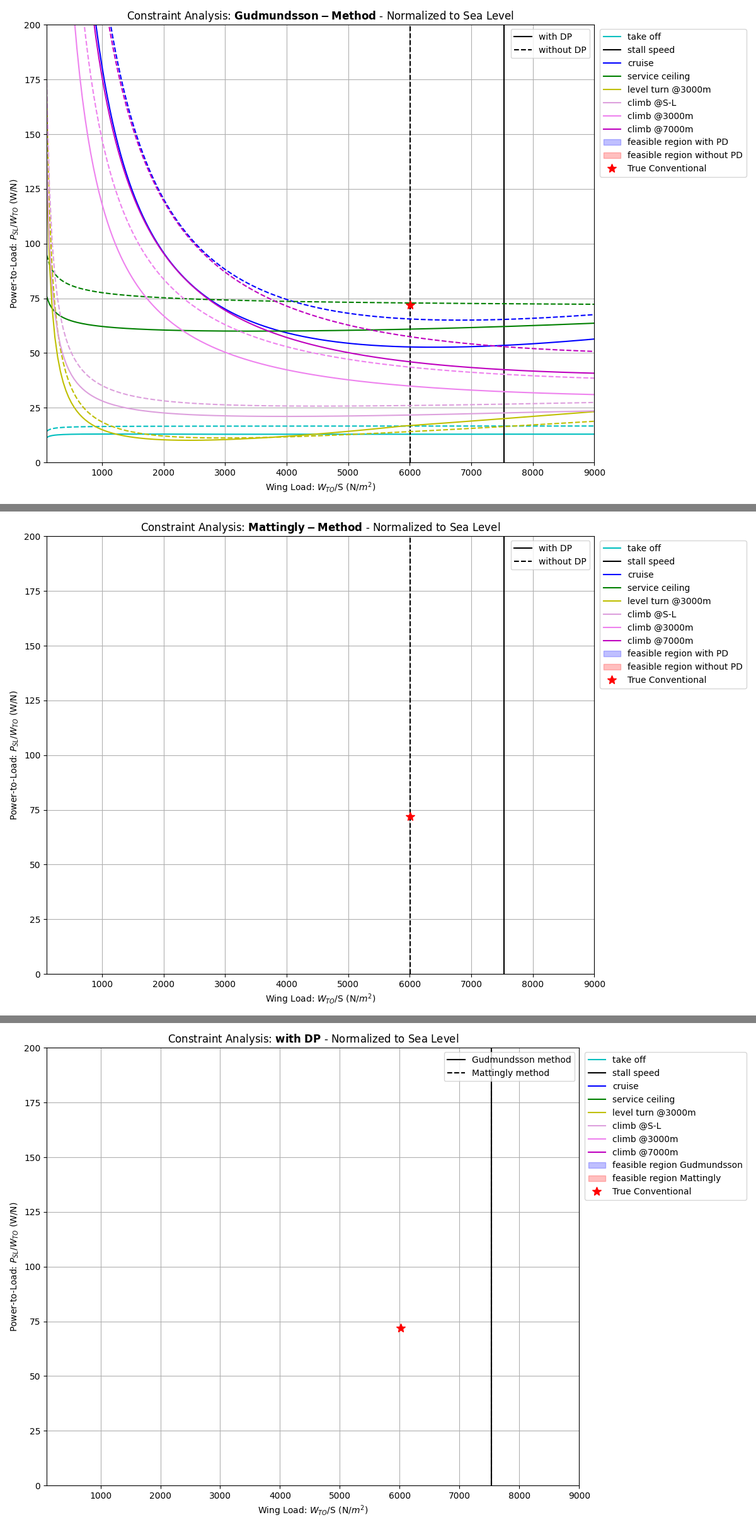
Repository: 12libao/DEA
Script's output: python Sizing_Method/ConstrainsAnalysis/ConstrainsAnalysisPD.py
These files come from the project's save history. The script's output is drawn as it stood at one moment and after the next save; the edit follows.
The pictures are shown at 63% of full size.
Each picture stacks the figures in order, with grey between them; figures that are only written to a file come last. Random numbers start from a fixed seed.

Above is the script's output before, as saved 2021-07-14 16:03:41.

### Sizing_Method/ConstrainsAnalysis/ConstrainsAnalysisPD.py
# author: Bao Li #
# Georgia Institute of Technology #
import sys
import os

sys.path.insert(0, os.getcwd())

import numpy as np
import matplotlib.pylab as plt
import Sizing_Method.Other.US_Standard_Atmosphere_1976 as atm
import Sizing_Method.Aerodynamics.ThrustLapse as thrust_lapse
import Sizing_Method.Aerodynamics.Aerodynamics as ad
import Sizing_Method.ConstrainsAnalysis.ConstrainsAnalysis as ca
from scipy.optimize import curve_fit

"""
The unit use is IS standard
"""
class ConstrainsAnalysis_Mattingly_Method_with_DP:
    """This is a power-based master constraints analysis"""

    def __init__(self, altitude, velocity, beta, wing_load, Hp=0.2, number_of_motor=12, C_DR=0):
        """

        :param beta: weight fraction
        :param Hp: P_motor/P_total
        :param n: number of motor
        :param K1: drag polar coefficient for 2nd order term
        :param K2: drag polar coefficient for 1st order term
        :param C_D0: the drag coefficient at zero lift
        :param C_DR: additional drag caused, for example, by external stores,
        braking parachutes or flaps, or temporary external hardware

        :return:
            power load: P_WTO
        """

        self.h = altitude
        self.v = velocity
        self.rho = atm.atmosphere(geometric_altitude=self.h).density()

        self.beta = beta
        self.hp = Hp
        self.n = number_of_motor

        # power lapse ratio
        self.alpha = thrust_lapse.thrust_lapse_calculation(altitude=self.h,
                                                           velocity=self.v).high_bypass_ratio_turbofan()

        self.k1 = ad.aerodynamics_without_pd(self.h, self.v).K1()
        self.k2 = ad.aerodynamics_without_pd(self.h, self.v).K2()
        self.cd0 = ad.aerodynamics_without_pd(self.h, self.v).CD_0()
        self.cdr = C_DR

        self.w_s = wing_load
        self.g0 = 9.80665

        self.coefficient = (1 - self.hp) * self.beta * self.v / self.alpha

        # Estimation of ΔCL and ΔCD
        pd = ad.aerodynamics_with_pd(self.h, self.v, Hp=self.hp, n=self.n, W_S=self.w_s)
        self.q = 0.5 * self.rho * self.v ** 2
        self.cl = self.beta * self.w_s / self.q
        # print(self.cl)
        self.delta_cl = pd.delta_lift_coefficient(self.cl)
        self.delta_cd0 = pd.delta_CD_0()

    def master_equation(self, n, dh_dt, dV_dt):
        cl = self.cl * n + self.delta_cl

        cd = self.k1 * cl ** 2 + self.k2 * cl + self.cd0 + self.cdr + self.delta_cd0
        p_w = self.coefficient * (self.q / (self.beta * self.w_s) * cd + dh_dt / self.v + dV_dt / self.g0)
        return p_w

    def cruise(self):
        p_w = ConstrainsAnalysis_Mattingly_Method_with_DP.master_equation(self, n=1, dh_dt=0, dV_dt=0)
        return p_w

    def climb(self, roc):
        p_w = ConstrainsAnalysis_Mattingly_Method_with_DP.master_equation(self, n=1, dh_dt=roc, dV_dt=0)
        return p_w

    def level_turn(self, turn_rate=3, v=100):
        """
        assume 2 min for 360 degree turn, which is 3 degree/seconds
        assume turn at 300 knots, which is about 150 m/s
        """
        load_factor = (1 + ((turn_rate * np.pi / 180) * v / self.g0) ** 2) ** 0.5
        p_w = ConstrainsAnalysis_Mattingly_Method_with_DP.master_equation(self, n=load_factor, dh_dt=0, dV_dt=0)
        return p_w

    def take_off(self):
        """
        A320neo take-off speed is about 150 knots, which is about 75 m/s
        required runway length is about 2000 m
        K_TO is a constant greater than one set to 1.2 (generally specified by appropriate flying regulations)
        """
        Cl_max_to = 2.3  # 2.3
        K_TO = 1.2  # V_TO / V_stall
        s_G = 1266
        p_w = 2 / 3 * self.coefficient / self.v * self.beta * K_TO ** 2 / (
                    s_G * self.rho * self.g0 * Cl_max_to) * self.w_s ** (
                      3 / 2)
        return p_w

    def stall_speed(self, V_stall_to=65, Cl_max_to=2.32):
        V_stall_ld = 62
        Cl_max_ld = 2.87

        a = 10
        w_s = 6000
        while a >= 1:
            cl = self.beta * w_s / self.q
            delta_cl = ad.aerodynamics_with_pd(self.h, self.v, Hp=self.hp, n=self.n, W_S=w_s).delta_lift_coefficient(cl)

            W_S_1 = 1 / 2 * self.rho * V_stall_to ** 2 * (Cl_max_to + delta_cl)
            W_S_2 = 1 / 2 * self.rho * V_stall_ld ** 2 * (Cl_max_ld + delta_cl)
            W_S = min(W_S_1, W_S_2)
            a = abs(w_s-W_S)
            w_s = W_S

        return W_S

    def service_ceiling(self, roc=0.5):
        p_w = ConstrainsAnalysis_Mattingly_Method_with_DP.master_equation(self, n=1, dh_dt=roc, dV_dt=0)
        return p_w

    allFuncs = [take_off, stall_speed, cruise, service_ceiling, level_turn, climb]


class ConstrainsAnalysis_Gudmundsson_Method_with_DP:
    """This is a power-based master constraints analysis based on Gudmundsson_method"""

    def __init__(self, altitude, velocity, beta, wing_load, Hp=0.2, number_of_motor=12, e=0.75, AR=10.3):
        """

        :param tau: power fraction of i_th power path
        :param beta: weight fraction
        :param e: wing planform efficiency factor is between 0.75 and 0.85, no more than 1
        :param AR: wing aspect ratio, normally between 7 and 10

        :return:
            power load: P_WTO
        """

        self.h = altitude
        self.v = velocity
        self.beta = beta
        self.w_s = wing_load
        self.g0 = 9.80665

        self.hp = Hp
        self.n = number_of_motor

        self.rho = atm.atmosphere(geometric_altitude=self.h).density()

        # power lapse ratio
        self.alpha = thrust_lapse.thrust_lapse_calculation(altitude=self.h,
                                                           velocity=self.v).high_bypass_ratio_turbofan()
        h = 2.43  # height of winglets
        b = 35.8
        ar_corr = AR * (1 + 1.9 * h / b)  # equation 9-88, If the wing has winglets the aspect ratio should be corrected
        self.k = 1 / (np.pi * ar_corr * e)
        self.coefficient = (1-self.hp) * self.beta * self.v / self.alpha

        # Estimation of ΔCL and ΔCD
        pd = ad.aerodynamics_with_pd(self.h, self.v, Hp=self.hp, n=self.n, W_S=self.w_s)
        self.q = 0.5 * self.rho * self.v ** 2
        cl = self.beta * self.w_s / self.q
        self.delta_cl = pd.delta_lift_coefficient(cl)
        self.delta_cd0 = pd.delta_CD_0()

        # TABLE 3-1 Typical Aerodynamic Characteristics of Selected Classes of Aircraft
        cd_min = 0.02
        cd_to = 0.03
        cl_to = 0.8

        self.v_to = 68
        self.s_g = 1480
        self.mu = 0.04

        self.cd_min = cd_min + self.delta_cd0
        self.cl = cl + self.delta_cl

        self.cd_to = cd_to + self.delta_cd0
        self.cl_to = cl_to + self.delta_cl

    def cruise(self):
        p_w = self.q / self.w_s * (self.cd_min + self.k * self.cl ** 2)
        return p_w * self.coefficient

    def climb(self, roc):
        p_w = roc / self.v + self.q * self.cd_min / self.w_s + self.k * self.cl
        return p_w * self.coefficient

    def level_turn(self, turn_rate=3, v=100):
        """
        assume 2 min for 360 degree turn, which is 3 degree/seconds
        assume turn at 100 m/s
        """
        load_factor = (1 + ((turn_rate * np.pi / 180) * v / self.g0) ** 2) ** 0.5
        q = 0.5 * self.rho * v ** 2
        p_w = q / self.w_s * (self.cd_min + self.k * (load_factor / q * self.w_s + self.delta_cl) ** 2)
        return p_w * self.coefficient

    def take_off(self):
        q = self.q / 2
        p_w = self.v_to ** 2 / (2 * self.g0 * self.s_g) + q * self.cd_to / self.w_s + self.mu * (
                1 - q * self.cl_to / self.w_s)
        return p_w * self.coefficient

    def service_ceiling(self, roc=0.5):
        vy = (2 / self.rho * self.w_s * (self.k / (3 * self.cd_min)) ** 0.5) ** 0.5
        q = 0.5 * self.rho * vy ** 2
        p_w = roc / vy + q / self.w_s * (self.cd_min + self.k * (self.w_s / q + self.delta_cl) ** 2)
        # p_w = roc / (2 / self.rho * self.w_s * (self.k / (3 * self.cd_min)) ** 0.5) ** 0.5 + 4 * (
        #         self.k * self.cd_min / 3) ** 0.5
        return p_w * self.coefficient

    def stall_speed(self, V_stall_to=65, Cl_max_to=2.32):
        V_stall_ld = 62
        Cl_max_ld = 2.87

        a = 10
        w_s = 6000
        while a >= 1:
            cl = self.beta * w_s / self.q
            delta_cl = ad.aerodynamics_with_pd(
                self.h, self.v, Hp=self.hp, n=self.n, W_S=w_s).delta_lift_coefficient(cl)

            W_S_1 = 1 / 2 * self.rho * V_stall_to ** 2 * (Cl_max_to + delta_cl)
            W_S_2 = 1 / 2 * self.rho * V_stall_ld ** 2 * (Cl_max_ld + delta_cl)
            W_S = min(W_S_1, W_S_2)
            a = abs(w_s-W_S)
            w_s = W_S

        return W_S

    allFuncs = [take_off, stall_speed, cruise, service_ceiling, level_turn, climb]


if __name__ == "__main__":
    n = 200
    w_s = np.linspace(100, 9000, n)
    constrains_name = ['take off', 'stall speed', 'cruise', 'service ceiling', 'level turn @3000m',
                       'climb @S-L', 'climb @3000m', 'climb @7000m']
    constrains = np.array([[0, 68, 0.988], [0, 80, 1], [11300, 230, 0.948],
                           [11900, 230, 0.8], [3000, 100, 0.984], [0, 100, 0.984],
                           [3000, 200, 0.975], [7000, 230, 0.96]])
    color = ['c', 'k', 'b', 'g', 'y', 'plum', 'violet', 'm']
    label = ['feasible region with PD', 'feasible region with PD', 'feasible region Gudmundsson',
             'feasible region without PD', 'feasible region without PD', 'feasible region Mattingly']
    m = constrains.shape[0]
    p_w = np.zeros([2 * m, n])

    for k in range(3):
        plt.figure(figsize=(12, 8))
        for i in range(m):
            for j in range(n):
                h = constrains[i, 0]
                v = constrains[i, 1]
                beta = constrains[i, 2]

                if k == 0:
                    problem1 = ConstrainsAnalysis_Gudmundsson_Method_with_DP(h, v, beta, w_s[j])
                    problem2 = ca.ConstrainsAnalysis_Gudmundsson_Method(h, v, beta, w_s[j])
                    plt.title(r'Constraint Analysis: $\bf{Gudmundsson-Method}$ - Normalized to Sea Level')
                elif k == 1:
                    problem1 = ConstrainsAnalysis_Mattingly_Method_with_DP(h, v, beta, w_s[j])
                    problem2 = ca.ConstrainsAnalysis_Mattingly_Method(h, v, beta, w_s[j])
                    plt.title(r'Constraint Analysis: $\bf{Mattingly-Method}$ - Normalized to Sea Level')
                else:
                    problem1 = ConstrainsAnalysis_Gudmundsson_Method_with_DP(h, v, beta, w_s[j])
                    problem2 = ConstrainsAnalysis_Mattingly_Method_with_DP(h, v, beta, w_s[j])
                    plt.title(r'Constraint Analysis: $\bf{with}$ $\bf{DP}$ - Normalized to Sea Level')

                if i >= 5:
                    p_w[i, j] = problem1.allFuncs[-1](problem1, roc=15 - 5 * (i - 5))
                    p_w[i + m, j] = problem2.allFuncs[-1](problem2, roc=15 - 5 * (i - 5))
                else:
                    p_w[i, j] = problem1.allFuncs[i](problem1)
                    p_w[i + m, j] = problem2.allFuncs[i](problem2)

            if i == 1:
                l1a, = plt.plot(p_w[i, :], np.linspace(0, 250, n), color=color[i], label=constrains_name[i])
                l1b, = plt.plot(p_w[i + m, :], np.linspace(0, 250, n), color=color[i], linestyle='--')

                if k != 2:
                    l1 = plt.legend([l1a, l1b], ['with DP', 'without DP'], loc="upper right")
                else:
                    l1 = plt.legend([l1a, l1b], ['Gudmundsson method', 'Mattingly method'], loc="upper right")

            else:
                plt.plot(w_s, p_w[i, :], color=color[i], label=constrains_name[i])
                plt.plot(w_s, p_w[i + m, :], color=color[i], linestyle='--')

            def func(x, a0, a1, a2, a3, a4, a5, a6, a7, a8, a9, a10):
                f = a0 + a1*x + a2*x**2 + a3*x**3 + a4*x**4 + a5 * \
                    np.sin(x) + a6*np.cos(x) + a7*x**5 + \
                    a8*x**6 + a9*x**7 + a10*x**8
                return f

            if i == 1:
                xdata, ydata = p_w[i, :], np.linspace(0, 250, n)
                popt, _ = curve_fit(func, xdata, ydata)
                p_w[i, :] = func(w_s, popt[0], popt[1], popt[2],
                                 popt[3], popt[4], popt[5], popt[6], popt[7], popt[8], popt[9], popt[10])

        if k != 2:
            p_w[1+m, :] = 10 ** 10 * (w_s - p_w[1+m, 0]-10)
        else:
            def func(x, a0, a1, a2, a3, a4, a5, a6, a7, a8, a9, a10):
                f = a0 + a1*x + a2*x**2 + a3*x**3 + a4*x**4 + a5 * \
                    np.sin(x) + a6*np.cos(x) + a7*x**5 + \
                    a8*x**6 + a9*x**7 + a10*x**8
                return f

            xdata, ydata = p_w[m+1, :], np.linspace(0, 250, n)
            popt, _ = curve_fit(func, xdata, ydata)
            p_w[1+m, :] = func(w_s, popt[0], popt[1], popt[2],
                             popt[3], popt[4], popt[5], popt[6], popt[7], popt[8], popt[9], popt[10])
        p_w[[0,1]]=p_w[[1,0]]
        w_s = np.linspace(100, p_w[0, 1], n)
        plt.fill_between(w_s, np.amax(p_w[1:m, :], axis=0), 200, color='b', alpha=0.25,
                         label=label[k])
        w_s = np.linspace(100, p_w[1+m, 1], n)
        plt.fill_between(w_s, np.amax(p_w[m+1:2 * m, :], axis=0), 200, color='r', alpha=0.25,
                         label=label[k + 3])
        plt.plot(6012, 72, 'r*', markersize=10, label='True Conventional')
        plt.xlabel('Wing Load: $W_{TO}$/S (N/${m^2}$)')
        plt.ylabel('Power-to-Load: $P_{SL}$/$W_{TO}$ (W/N)')
        plt.legend(bbox_to_anchor=(1.002, 1), loc="upper left")
        plt.gca().add_artist(l1)
        plt.xlim(100, 9000)
        plt.ylim(0, 200)
        plt.tight_layout()
        plt.grid()
        plt.show()

### Sizing_Method/Aerodynamics/ThrustLapse.py
# author: Bao Li #
# Georgia Institute of Technology #
"""reference

1. Mattingly, Jack D., William H. Heiser, and David T. Pratt. Aircraft engine design. American Institute of Aeronautics and Astronautics, 2002.
"""
import sys
import os

sys.path.insert(0, os.getcwd())

import numpy as np
import matplotlib.pylab as plt
import Sizing_Method.Other.US_Standard_Atmosphere_1976 as atm
import Sizing_Method.Aerodynamics.MachNmuber as Mach


class thrust_lapse_calculation:
    """Estimation for installation losses

    1. The following algebraic equations for installed engine thrust lapse
        are based on the expected performance of advanced engines
    """

    def __init__(self, altitude, velocity):
        """

        :input h (m): altitude
               v (m/s): velocity


        :output thrust_lapse (alpha): thrust lapse ratio
        """

        self.h = altitude
        self.v = velocity

        self.gamma = 1.4  # Ratio of Specific Heats: atmospheric air ( gamma = 1.4)
        self.atoms = atm.atmosphere(self.h)
        self.M = Mach.mach(self.h, self.v).mach_number()

        self.theta = self.atoms.dimensionless_static_temperature()  # dimensionless static temperature
        self.delta = self.atoms.dimensionless_static_pressure()  # dimensionless static pressure

        self.theta_0_break = 1.072  # The Theta Break: assume = 1.0 (from reference 1: Mattingly)
        self.TR = self.theta_0_break  # The Throttle Ratio (from Equation D.6 reference 1: Mattingly)

        self.theta_0 = self.theta * (1 + 0.5 * (self.gamma - 1) * self.M ** 2)
        self.delta_0 = self.delta * (1 + 0.5 * (self.gamma - 1) * self.M ** 2) ** (self.gamma / (self.gamma - 1))

    def high_bypass_ratio_turbofan(self):
        """the engine for A320neo is a high bypass ratio turbofan

        from Equation 2.53 reference 1: Mattingly
        """

        if self.theta_0 <= self.TR:
            thrust_lapse = self.delta_0 * (1 - 0.49 * self.M ** 0.5)
        else:
            thrust_lapse = self.delta_0 * (1 - 0.49 * self.M ** 0.5 - 3 * (self.theta_0 - self.TR) / (1.5 + self.M))

        return thrust_lapse


if __name__ == '__main__':
    nn = 100
    h = [0, 500, 3000, 6000, 9000, 12000]
    v = np.linspace(0, 340, nn)
    m = np.zeros([len(h), nn])
    thrust_lapse = np.zeros([len(h), nn])

    for i in range(len(h)):
        for j in range(nn):
            m[i, j] = Mach.mach(h[i], v[j]).mach_number()
            thrust_lapse[i, j] = thrust_lapse_calculation(h[i], v[j]).high_bypass_ratio_turbofan()

    plt.figure(figsize=(8, 6))

    for i in range(len(h)):
        plt.plot(m[i, :], thrust_lapse[i, :], label=h[i])

    plt.xlabel('Mach Number')
    plt.ylabel('Thrust Ratio, T/$T_{SL}$')
    plt.title('High Bypass Turbofan Thrust Ratio versus Mach Number \n'
              'Throttle Ratio = 1.072, ISA. \n'
              'Altitude unit: meter')
    plt.xlim(0, 1)
    plt.ylim(0, 1.2)
    plt.legend(loc=0)
    plt.grid()
    plt.show()

### Sizing_Method/Aerodynamics/MachNmuber.py
# author: Bao Li #
# Georgia Institute of Technology #
import sys
import os

sys.path.insert(0, os.getcwd())

import numpy as np
import matplotlib.pylab as plt
import Sizing_Method.Other.US_Standard_Atmosphere_1976 as atm


class mach:
    """Mach Number"""

    def __init__(self, altitude, velocity):
        """

        :input h (m): altitude
               v (m/s): velocity

        :output a: Mach number
        """
        self.h = altitude
        self.v = velocity
        self.atoms = atm.atmosphere(self.h)

    def mach_number(self):
        a = self.v / self.atoms.sound_speed()
        return a

Loaded but not shown: Sizing_Method/ConstrainsAnalysis/ConstrainsAnalysis.py (274 lines, source omitted); Sizing_Method/Aerodynamics/Aerodynamics.py (177 lines, source omitted); Sizing_Method/Other/US_Standard_Atmosphere_1976.py (166 lines, source omitted)

After the next save:
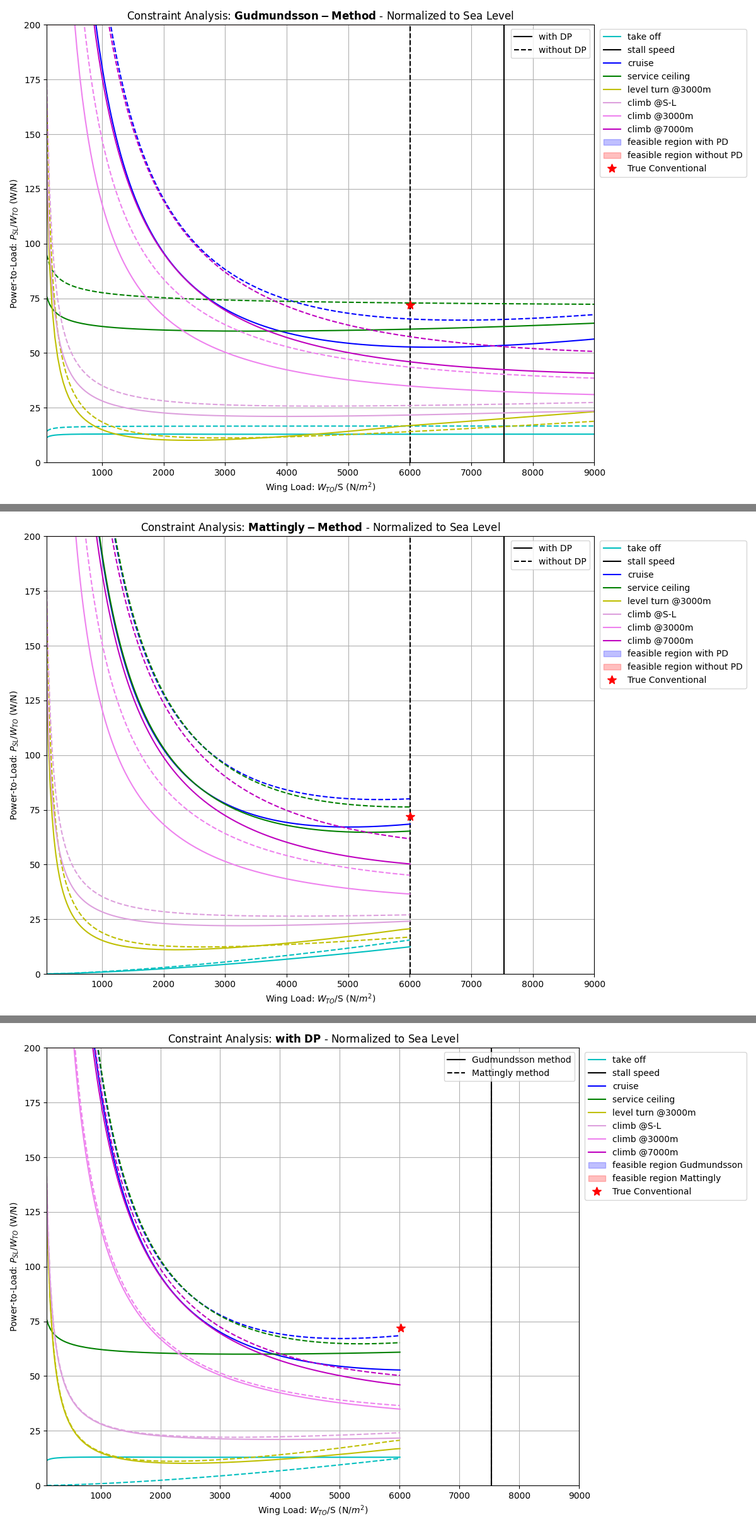
Saved 76 s later.
--- a/Sizing_Method/ConstrainsAnalysis/ConstrainsAnalysisPD.py
+++ b/Sizing_Method/ConstrainsAnalysis/ConstrainsAnalysisPD.py
@@ -306,19 +306,6 @@ if __name__ == "__main__":
                 p_w[i, :] = func(w_s, popt[0], popt[1], popt[2],
                                  popt[3], popt[4], popt[5], popt[6], popt[7], popt[8], popt[9], popt[10])
 
-        if k != 2:
-            p_w[1+m, :] = 10 ** 10 * (w_s - p_w[1+m, 0]-10)
-        else:
-            def func(x, a0, a1, a2, a3, a4, a5, a6, a7, a8, a9, a10):
-                f = a0 + a1*x + a2*x**2 + a3*x**3 + a4*x**4 + a5 * \
-                    np.sin(x) + a6*np.cos(x) + a7*x**5 + \
-                    a8*x**6 + a9*x**7 + a10*x**8
-                return f
-
-            xdata, ydata = p_w[m+1, :], np.linspace(0, 250, n)
-            popt, _ = curve_fit(func, xdata, ydata)
-            p_w[1+m, :] = func(w_s, popt[0], popt[1], popt[2],
-                             popt[3], popt[4], popt[5], popt[6], popt[7], popt[8], popt[9], popt[10])
         p_w[[0,1]]=p_w[[1,0]]
         w_s = np.linspace(100, p_w[0, 1], n)
         plt.fill_between(w_s, np.amax(p_w[1:m, :], axis=0), 200, color='b', alpha=0.25,
